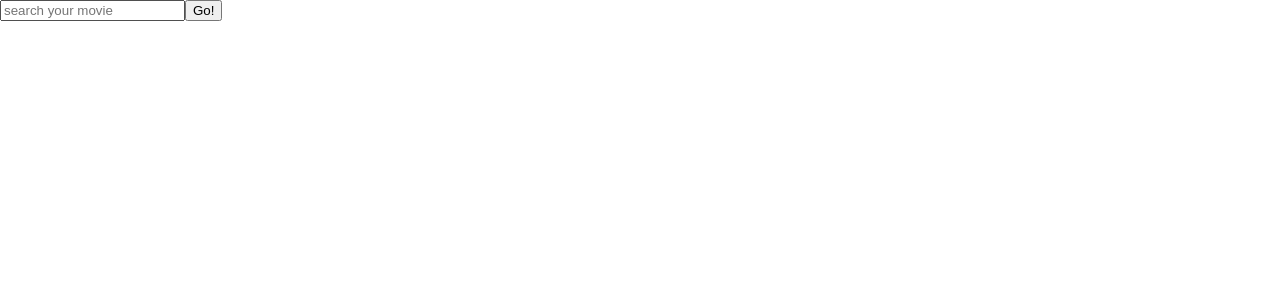
Repository: runner855/movies-app
Page: /
The author's editor kept a copy of each file at every save. The page is drawn from the files as they stood at one save, then again after the next save.
The browser window is 1280 px wide. The pictures show the whole page.
The project was rebuilt for these pictures with package versions that can differ from the ones it lists, and the page was loaded fresh each time.

Above is the page before, as saved 2021-06-19 11:47:41.

After the next save:
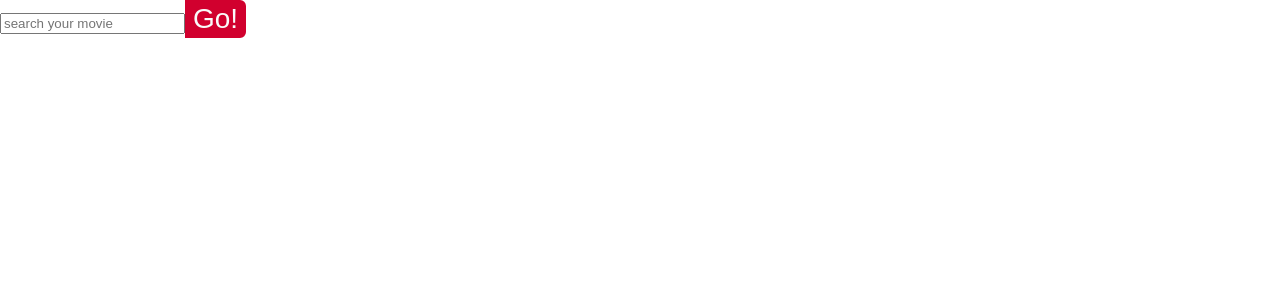
Saved 44 s later.
--- a/src/components/App.js
+++ b/src/components/App.js
@@ -1,5 +1,6 @@
 import React from "react";
 import data from "../data/data.json";
+import "../styles/App.css";
 
 const people = [
   "Siri",
